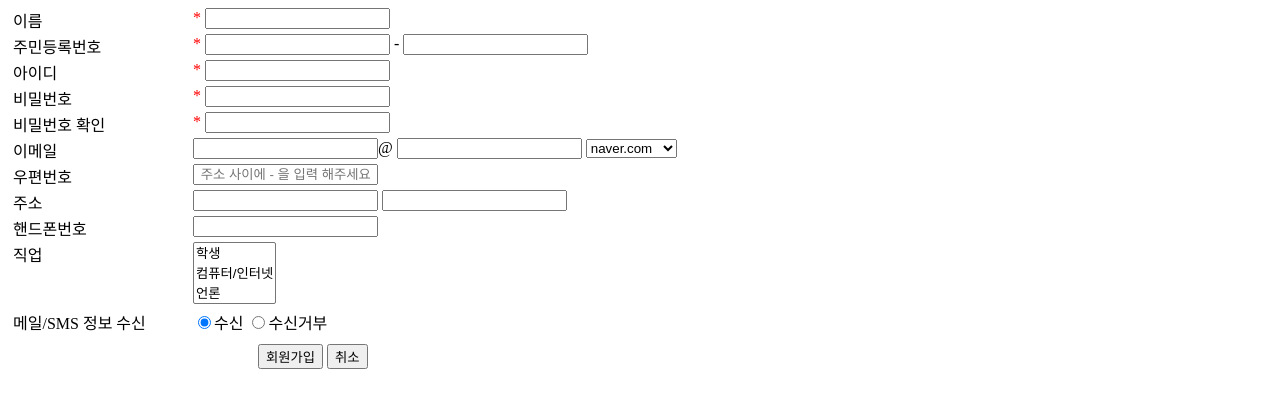
Repository: BartsimisraB/JavaPractice_
Page: http://localhost/JSPpractice2/Join.jsp
The author's editor kept a copy of each file at every save. The page is drawn from the files as they stood at one save, then again after the next save.
The browser window is 1280 px wide. The pictures show the whole page.
The page is served by Tomcat 9.

Above is the page before, as saved 2023-01-12 02:59:43.

After the next save:
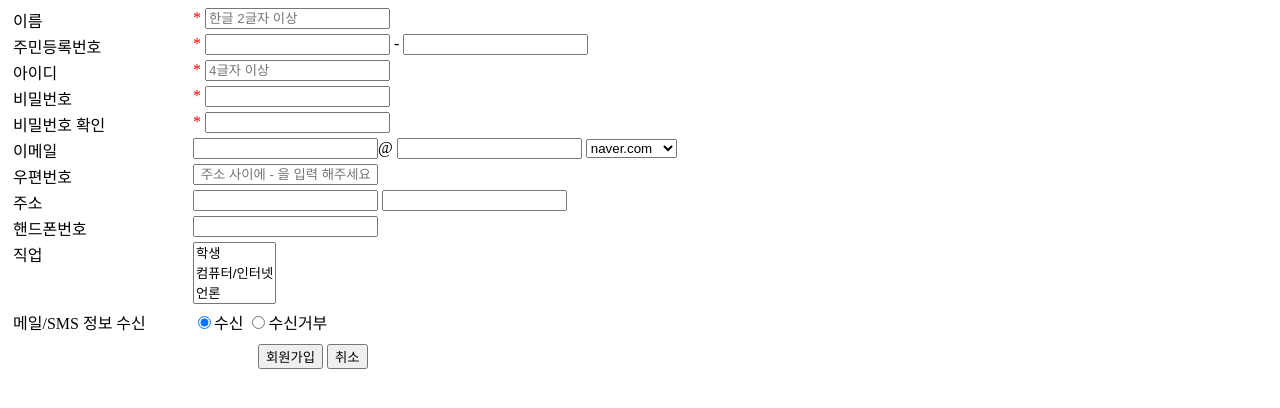
Saved 5 s later.
--- a/JSPpractice2/src/main/webapp/Join.jsp
+++ b/JSPpractice2/src/main/webapp/Join.jsp
@@ -11,13 +11,13 @@
 <body>
     <form action = "JoinServlet" method = "get" name="fr">
       <div>
-        <label class="topic" for="name">이름</label><span>*</span> <input type="text" name="name" palceholder="한글 2글자 이상"/>
+        <label class="topic" for="name">이름</label><span>*</span> <input type="text" name="name" placeholder="한글 2글자 이상"/>
       </div>
       <div>
         <label class="topic" for="pernum">주민등록번호</label><span>*</span> <input type="text" name="pernum" /> - <input type="password" name="pernum" />
       </div>
       <div>
-        <label class="topic" for="id">아이디</label><span>*</span> <input type="text" name="id" palceholder="4글자 이상"/>
+        <label class="topic" for="id">아이디</label><span>*</span> <input type="text" name="id" placeholder="4글자 이상"/>
       </div>
       <div>
         <label class="topic" for="pw">비밀번호</label><span>*</span> <input type="password" name="pw" />
